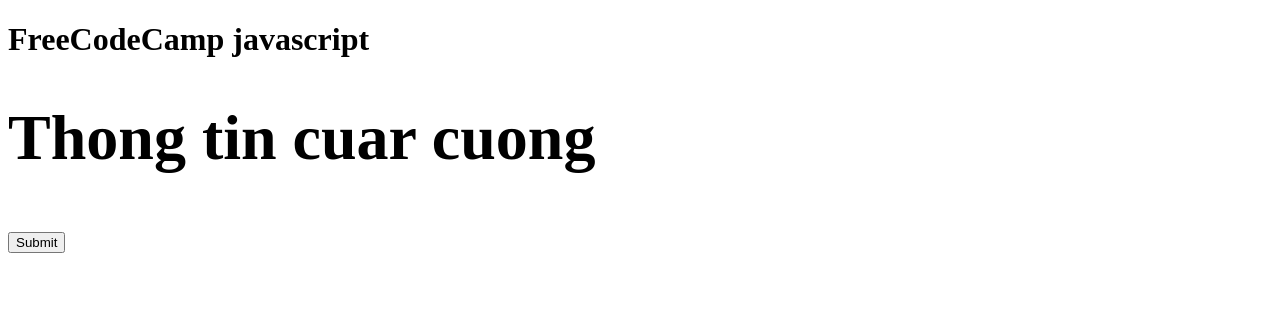
Repository: cuongcay/Clone_YB
Page: FreeCodeCamp.html
These files come from the project's save history. The page is drawn as it stood at one moment and after a run of saves; the edit follows.
The browser window is 1280 px wide. The pictures show the whole page.
After loading, the first visible `#submit` was clicked once.

Above is the page before, as saved 2022-08-02 16:10:13.

### FreeCodeCamp.html
<!DOCTYPE html>
<html lang="en">
<head>
    <meta charset="UTF-8">
    <meta http-equiv="X-UA-Compatible" content="IE=edge">
    <meta name="viewport" content="width=device-width, initial-scale=1.0">
    <title>FreeCodeCamp</title>
</head>
<body>
    <h1>
        FreeCodeCamp javascript
        <div >
            <h1>Thong tin cuar cuong</h1>
            <div id="info">

            </div>
            <input type="submit" id="submit" value="Submit" onclick="submit()">

        </div>
    </h1>

    <script type="text/javascript" src="./FreeCodeCamp.js"></script>
</body>
</html>

### FreeCodeCamp.js

const object= {
    name: "cuong",
    age: 21,
    gender: "male",
    university: "IUH",
    Phone: 0949604728
}
function submit(){
    const info = document.getElementById("info");

    info.innerHTML = `

    `
}

After the next 2 saves:
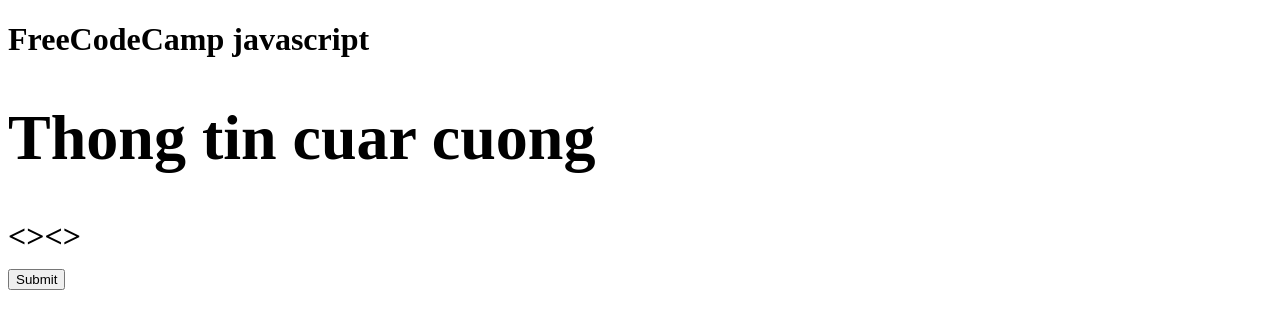
The 2 saves are shown as one change because they came seconds apart.
The last was saved 7 s later.
--- a/FreeCodeCamp.js
+++ b/FreeCodeCamp.js
@@ -10,6 +10,6 @@
     const info = document.getElementById("info");
 
     info.innerHTML = `
-
+        <><>
     `
 }
